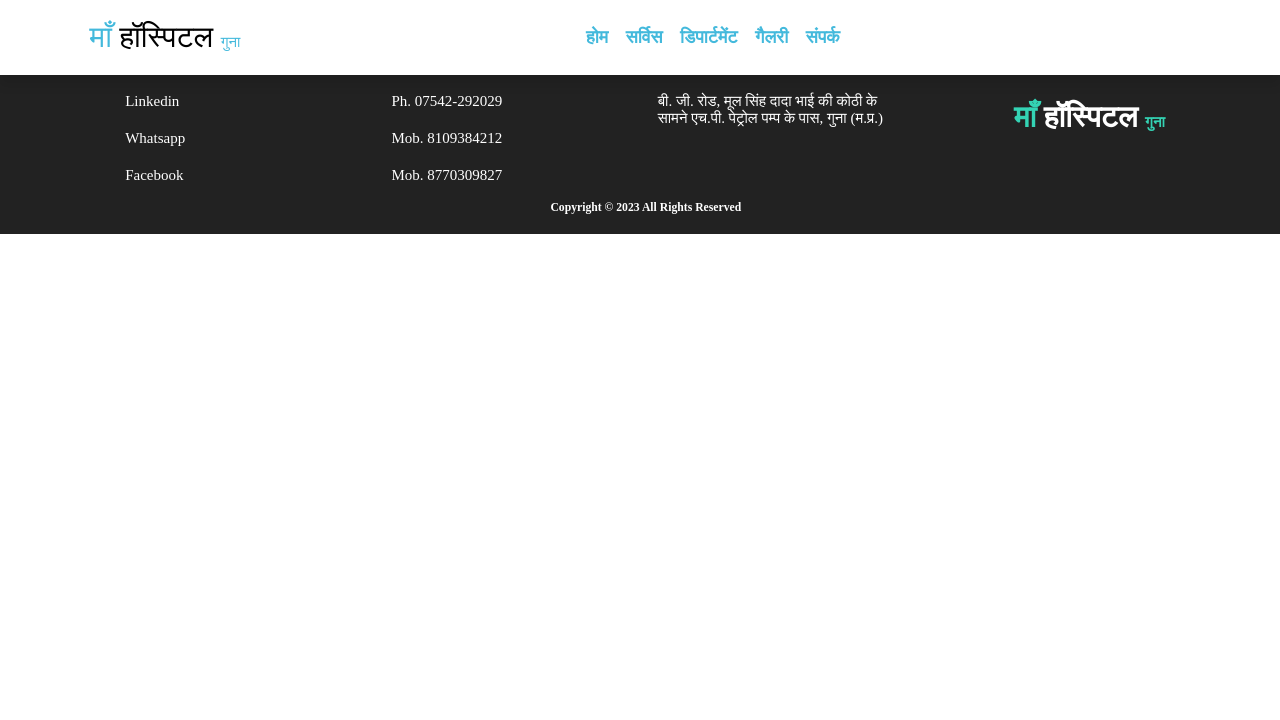
Repository: Aayush919/test
Page: contact.html
An editor plug-in stored every save of this project. The page is shown before and after a run of saves, followed by the edit.
The browser window is 1280 px wide. The pictures show the whole page.

Above is the page before, as saved 2023-10-15 20:07:52.

After the next 2 saves:
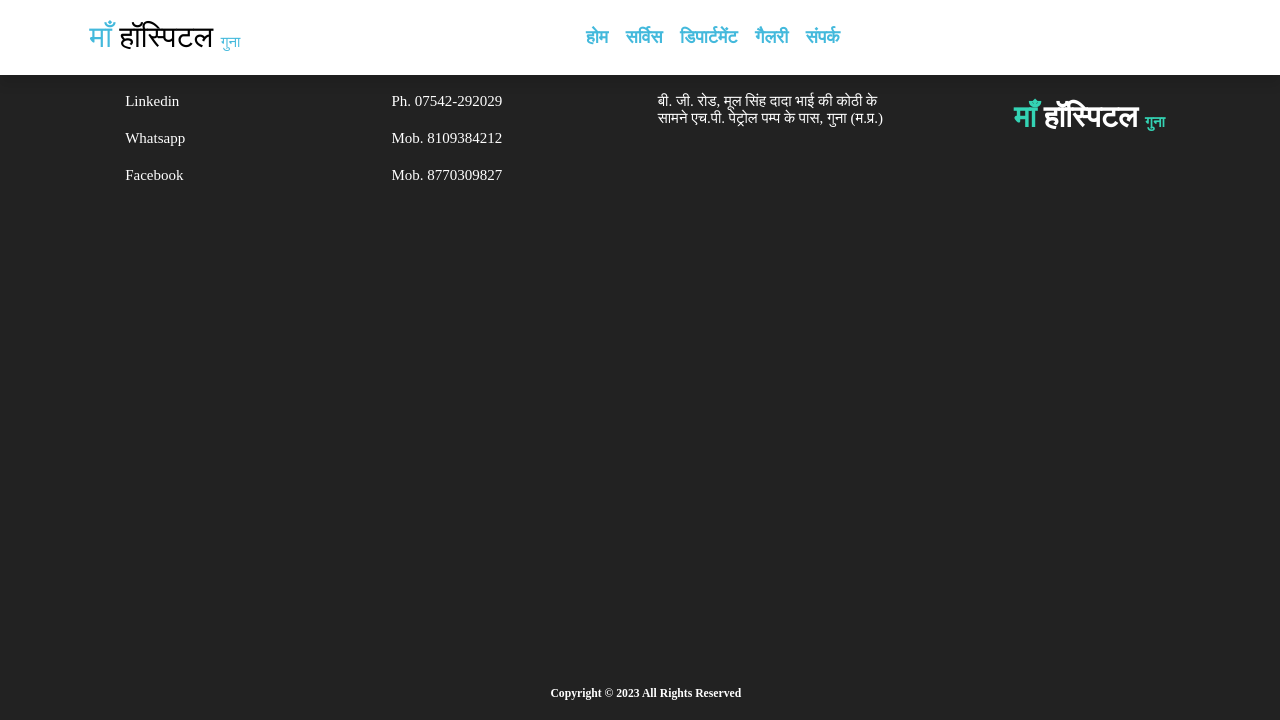
The 2 saves are shown as one change because they came seconds apart.
The last was saved 43 s later.
--- a/contact.html
+++ b/contact.html
@@ -26,7 +26,7 @@
 
 <a href="#" id="menu_bars" class="fas fa-bars"></a>
     </header>
-    <div class="main-footer">
+    <div class="main-footer" style="height: 100vh;">
 
         <div class="inner-footer">
             <h2>हमसे जुड़े</h2>

After the 2 saves that followed:
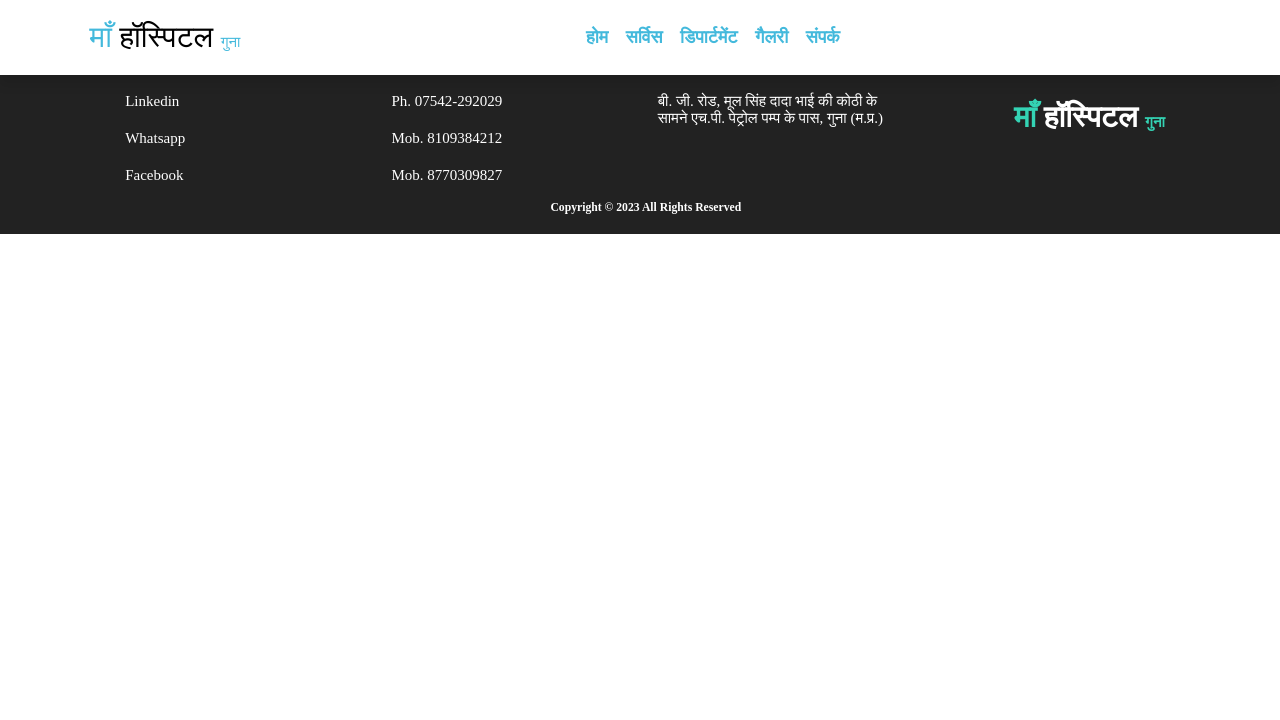
The 2 saves are shown as one change because 1 left the picture as it was.
The last was saved 26 s later.
--- a/contact.html
+++ b/contact.html
@@ -26,7 +26,7 @@
 
 <a href="#" id="menu_bars" class="fas fa-bars"></a>
     </header>
-    <div class="main-footer" style="height: 100vh;">
+    <div class="main-footer">
 
         <div class="inner-footer">
             <h2>हमसे जुड़े</h2>
